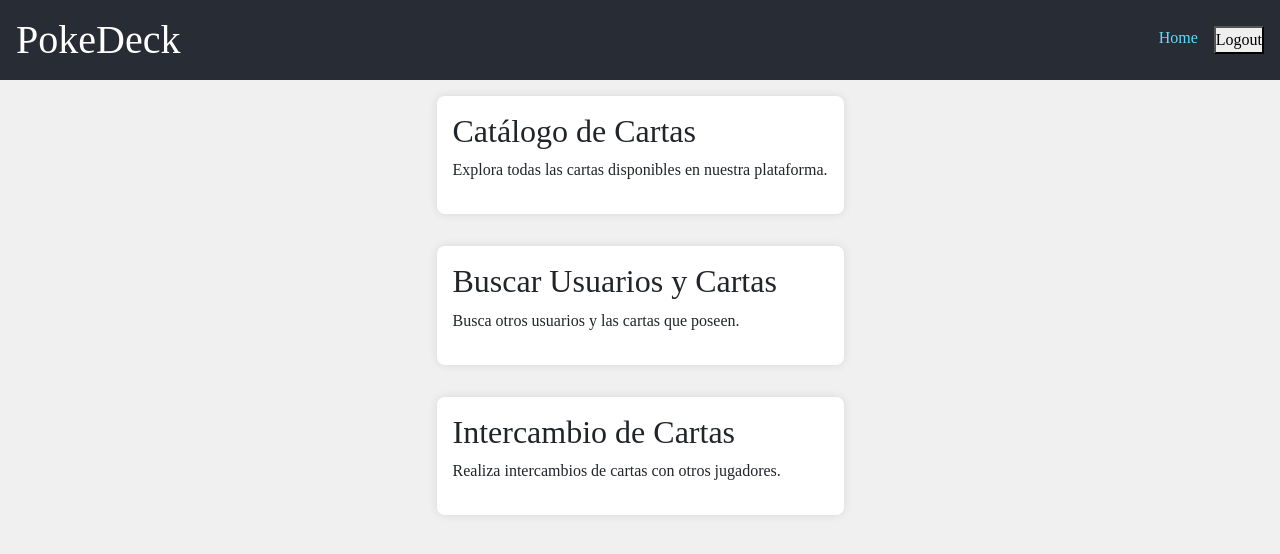
Repository: SyTW2425/Proyecto-E02
Page: /home (app in client/)
The author's editor kept a copy of each file at every save. The page is drawn from the files as they stood at one save, then again after the next save.
The browser window is 1280 px wide. The pictures show the whole page.
The project was rebuilt for these pictures with package versions that can differ from the ones it lists, and the page was loaded fresh each time. Also part of the build but not shown: client/src/index.css, client/src/api.ts, client/src/components/Signup.tsx, client/src/components/Signin.tsx, client/src/App.css.

Above is the page before, as saved 2024-11-27 19:30:25.

### client/src/App.tsx
import React from 'react';
import { BrowserRouter as Router, Route, Routes } from 'react-router-dom';
import Home from './components/Home';
import Signup from './components/Signup';
import Signin from './components/Signin';
import Logout from './components/Logout';
import './App.css';
import { Link } from 'react-router-dom';
import { createBrowserRouter, RouterProvider } from 'react-router-dom';

const router = createBrowserRouter([
  {
    path: "/",
    element: <Signin />,
  },
  {
    path: "/signup",
    element: <Signup />,
  },
  {
    path: "/home",
    element: <Home />,
  },
  {
    path: "/logout",
    element: <Logout />,
  }
]);

function App() {
  return (
    <RouterProvider router={router}>
      <div className="App">
        <Routes>
          <Route path="/" element={<Signin />} />
          <Route path="/signup" element={<Signup />} />
          <Route path="/home" element={<Home />} />
          <Route path="/logout" element={<Logout />} />
        </Routes>
      </div>
    </RouterProvider>
  );
}

export default App;

### client/src/components/Home.tsx
import React, { useState } from 'react';
import { Link } from 'react-router-dom';
import 'bootstrap/dist/css/bootstrap.min.css';
import './Home.css';
import Signup from './Signup';
import Signin from './Signin';
import Logout from './Logout';

function NavBar() {
  const [menuOpen, setMenuOpen] = useState(false);

  const toggleMenu = () => {
    setMenuOpen(!menuOpen);
  };

  return (
    <nav className="navbar">
      <h1>PokeDeck</h1>
      <span className="menu-toggle" onClick={toggleMenu}>
        &#9776;
      </span>
      <ul className={menuOpen ? 'active' : ''}>
        <li><Link to="/home">Home</Link></li>
        <li><Logout to="/logout">Logout</Logout></li>
      </ul>
    </nav>
  );
}

const Home = () => {
  return (
    <div className="fullscreen-container">
      <header>
        <NavBar />
      </header>
      <main>
        <section className="section">
          <h2>Catálogo de Cartas</h2>
          <p>Explora todas las cartas disponibles en nuestra plataforma.</p>
          {/* Aquí puedes añadir componentes o enlaces para ver el catálogo de cartas */}
        </section>
        <section className="section">
          <h2>Buscar Usuarios y Cartas</h2>
          <p>Busca otros usuarios y las cartas que poseen.</p>
          {/* Aquí puedes añadir componentes o enlaces para buscar usuarios y sus cartas */}
        </section>
        <section className="section">
          <h2>Intercambio de Cartas</h2>
          <p>Realiza intercambios de cartas con otros jugadores.</p>
          {/* Aquí puedes añadir componentes o enlaces para hacer intercambios de cartas */}
        </section>
      </main>
    </div>
  );
};

export default Home;

### client/src/components/Logout.tsx
import React from 'react';
import { useNavigate } from 'react-router-dom';
import { toast } from 'react-toastify';

const Logout: React.FC = () => {
  const navigate = useNavigate();

  const handleLogout = () => {
    localStorage.removeItem('token');
    toast.success('Logout successful');
    navigate('/signin');
  };

  return (
    <button onClick={handleLogout} className="logout-button">
      Logout
    </button>
  );
};

export default Logout;

### client/src/components/Home.css
body, html {
    margin: 0;
    padding: 0;
    width: 100%;
    height: 100%;
}

.navbar {
    background-color: #282c34;
    padding: 1rem;
    display: flex;
    justify-content: space-between;
    align-items: center;
    color: white;
    width: 100%;
    position: fixed;
    top: 0;
    left: 0;
    z-index: 1000;
}

.navbar h1 {
    margin: 0;
}

.navbar ul {
    list-style: none;
    display: flex;
    gap: 1rem;
    margin: 0;
    padding: 0;
}

.navbar ul li {
    display: inline;
}

.navbar ul li a {
    color: #61dafb;
    text-decoration: none;
}

.navbar ul li a:hover {
    text-decoration: underline;
}

/* Responsive Design */
@media (max-width: 768px) {
    .navbar ul {
        flex-direction: column;
        display: none;
    }

    .navbar ul.active {
        display: flex;
    }

    .navbar .menu-toggle {
        display: block;
        cursor: pointer;
    }
}

.menu-toggle {
    display: none;
    font-size: 1.5rem;
    color: #61dafb;
}

.fullscreen-container {
    width: 100vw;
    height: 100vh;
    display: flex;
    flex-direction: column;
    justify-content: flex-start;
    align-items: center;
    background-color: #f0f0f0;
    padding-top: 4rem; /* Adjust for navbar height */
    box-sizing: border-box;
}

.section {
    width: 100%;
    margin: 2rem 0;
    padding: 1rem;
    background-color: white;
    box-shadow: 0 0 10px rgba(0, 0, 0, 0.1);
    border-radius: 8px;
}

.section h2 {
    margin-top: 0;
}

### client/src/components/SignupSignin.css
*{
  margin: 0;
  padding: 0;
  box-sizing: border-box;
  font-family: "Poppins", serif;
}

.box {
  width: 100%;
  max-width: 400px;
  margin: 0 auto;
  padding: 40px;
  background: #1c1c1c;
  border-radius: 5%;
  box-shadow: 0 0 10px rgba(0, 0, 0, 0.1);
  overflow: hidden;
}

.box h2 {
  color: #fff;
  text-align: center;
  margin-bottom: 20px;
}

.box form {
  display: flex;
  flex-direction: column;
  align-items: center;
  border-radius: 10%;
}

.box form input {
  width: 80%;
  padding: 10px;
  margin: 10px 0;
  border: none;
  border-radius: 5px;
  background: #333;
  color: #fff;
}

.box form button {
  width: 80%;
  padding: 10px;
  margin-top: 20px;
  border: none;
  border-radius: 5px;
  background: #00eeff;
  color: #1c1c1c;
  cursor: pointer;
  transition: background 0.3s ease;
}

.box form button:hover {
  background: #067685;
}

.error {
  color: red;
  font-size: 0.8rem;
  margin-top: 5px;
}

.box p {
  color: #fff;
  text-align: center;
  margin-top: 20px;
}

.box p a {
  color: #00eeff;
  text-decoration: none;
  transition: color 0.3s ease;
}

.box p a:hover {
  color: #067685;
}

Loaded but not shown: client/public/index.html (common file); client/src/index.tsx (common file); client/src/reportWebVitals.ts (common file); client/src/index.css (no copy from this time; the picture is the same without it)

After the next save:
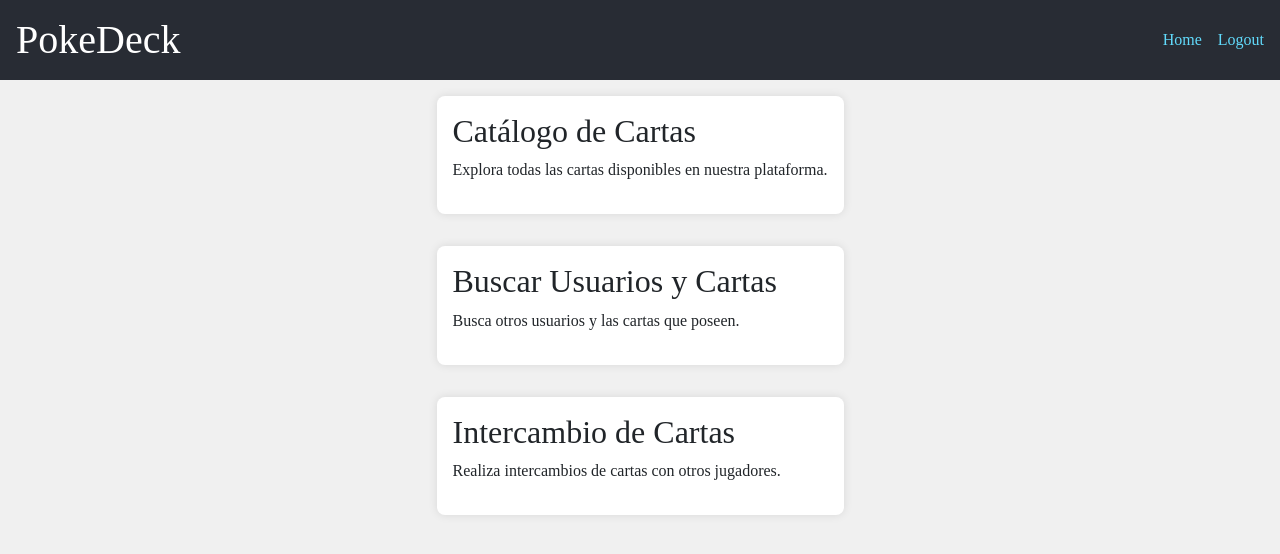
Saved 64 s later.
--- a/client/src/components/Home.tsx
+++ b/client/src/components/Home.tsx
@@ -21,7 +21,7 @@
       </span>
       <ul className={menuOpen ? 'active' : ''}>
         <li><Link to="/home">Home</Link></li>
-        <li><Logout to="/logout">Logout</Logout></li>
+        <li><Link to="/logout">Logout</Link></li>
       </ul>
     </nav>
   );
